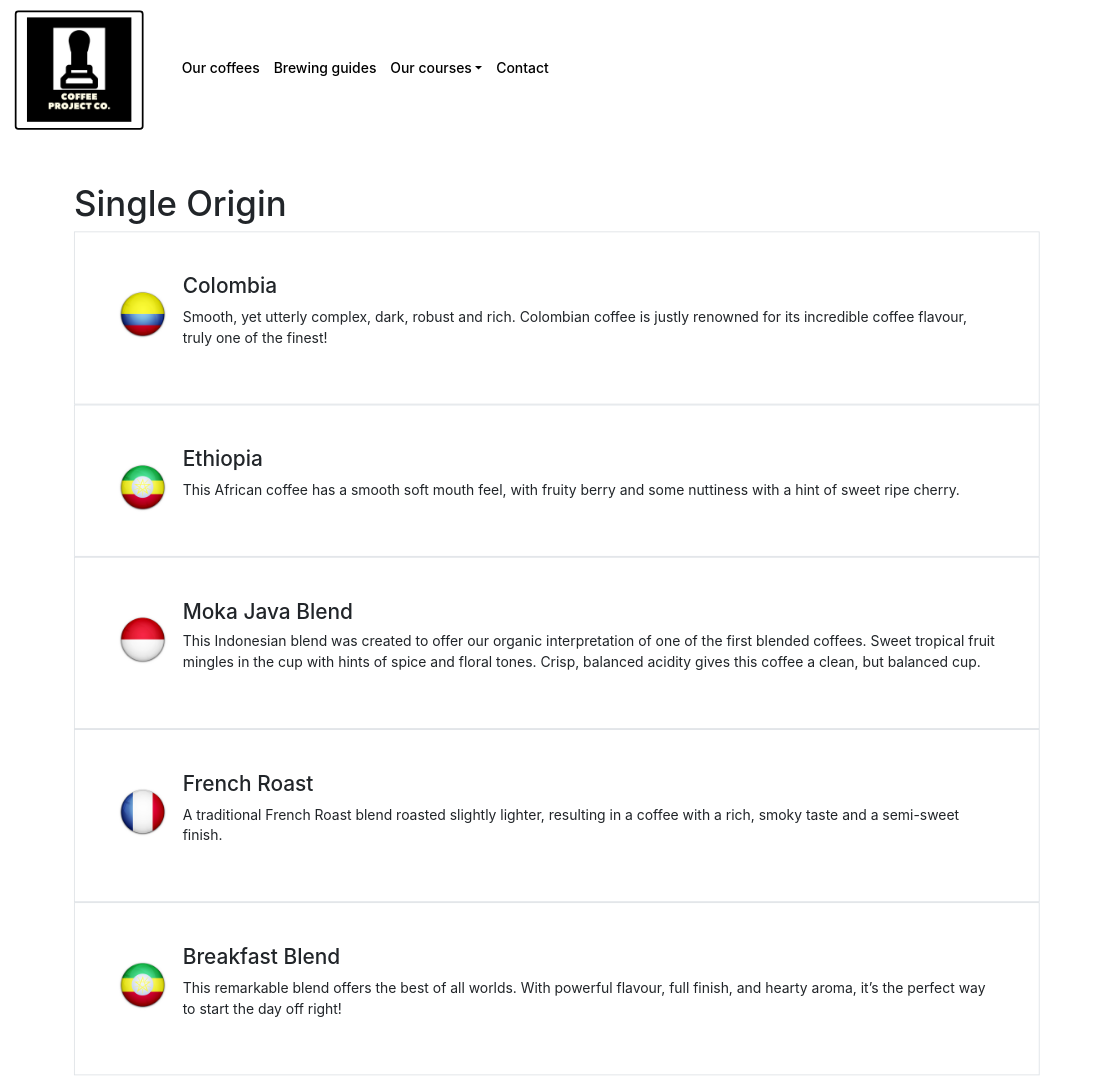
Repository: roxanahefferon/M1
Page: coffees-single.html
The author's editor kept a record of every edit. The page is drawn from the files as they stood at one moment, then again after the next edit.
The browser window is 1280 px wide. The pictures show the whole page, at 87% of full size.
Some web libraries are served in a nearby version.

Above is the page before.

After the next edit:
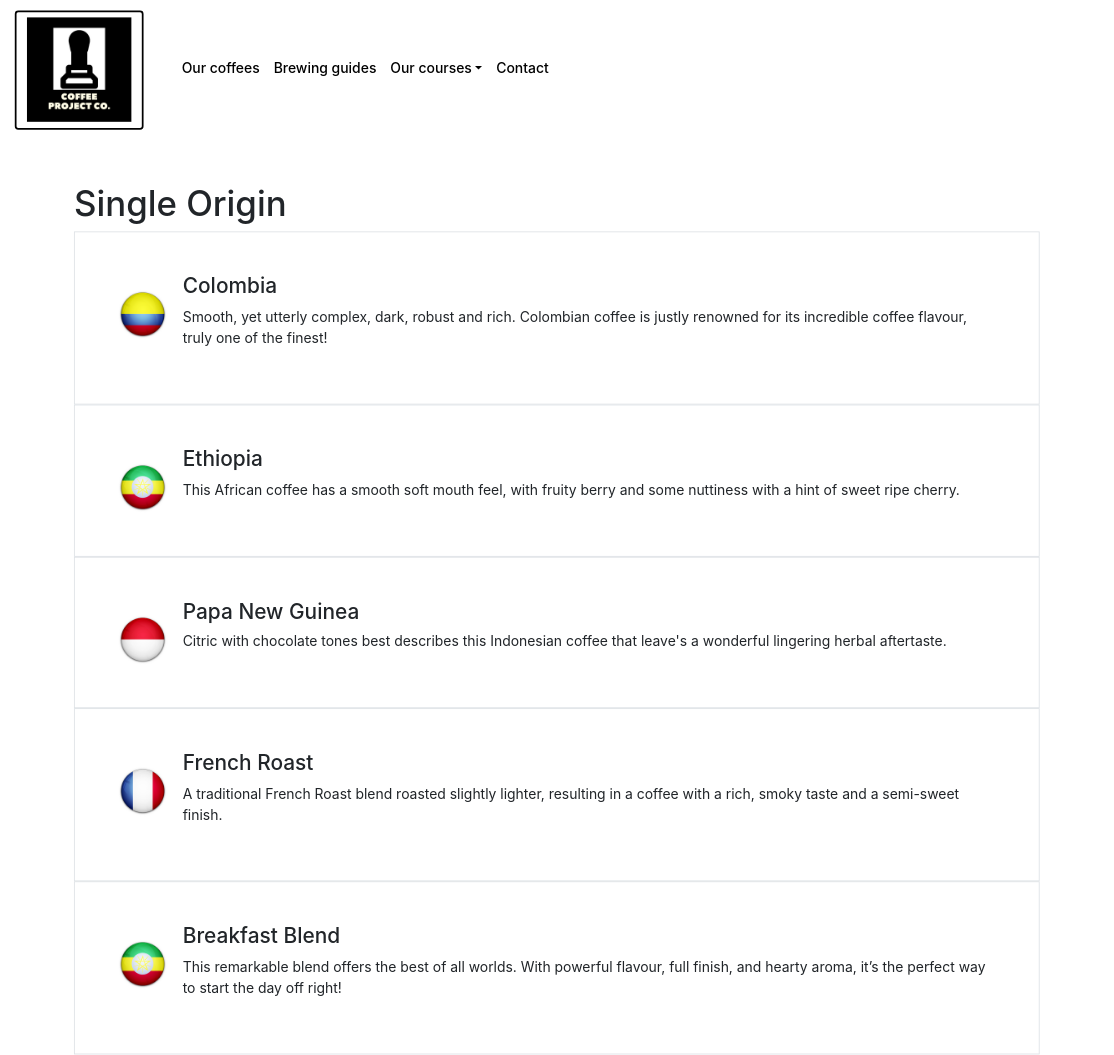
The edit:
--- a/coffees-single.html
+++ b/coffees-single.html
@@ -83,9 +83,8 @@
                 <div class="media border p-5">
                     <img src="./assets/images/indonesia-icon.png" alt="indonesia icon" class="mr-3 mt-3 rounded-circle" style="width:60px;">
                     <div class="media-body">
-                        <h4>Moka Java Blend</h4>
-                        <p>This Indonesian blend was created to offer our organic interpretation of one of the first blended coffees. Sweet tropical fruit mingles in the cup with hints of spice and floral tones. Crisp, balanced acidity gives this coffee
-                            a clean, but balanced cup.</p>
+                        <h4>Papa New Guinea</h4>
+                        <p>Citric with chocolate tones best describes this Indonesian coffee that leave's a wonderful lingering herbal aftertaste.</p>
                     </div>
                 </div>
 
